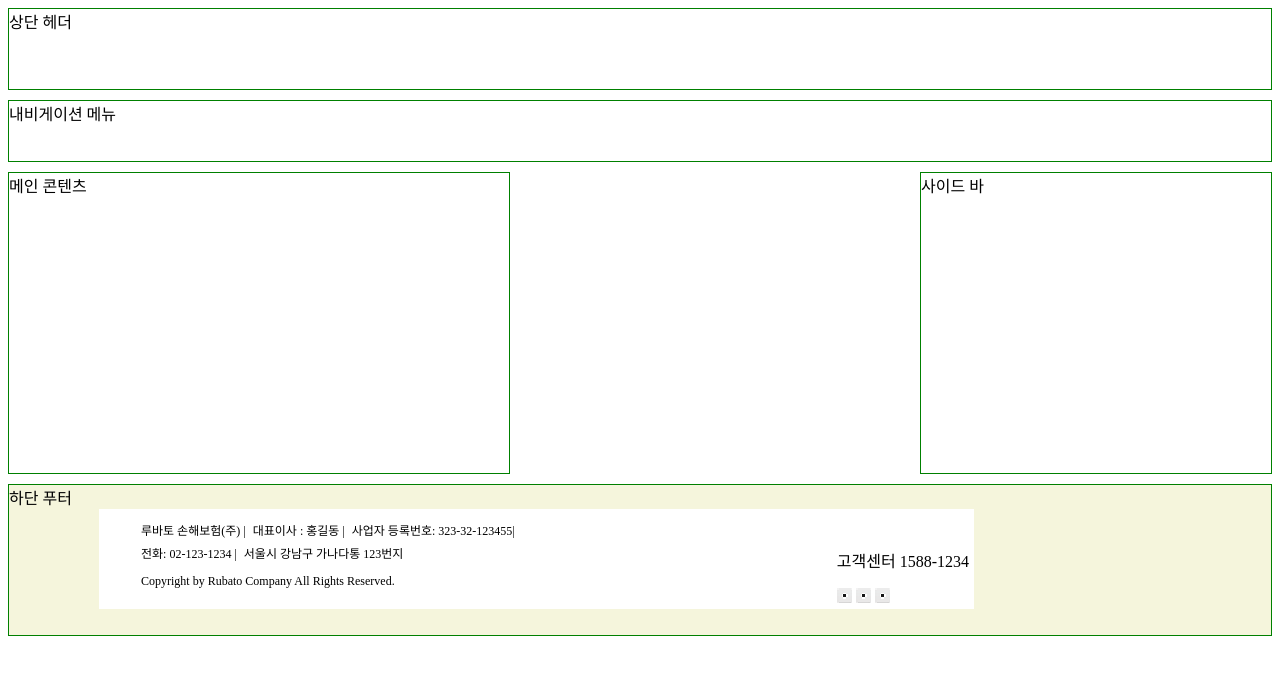
Repository: woosungtae/html_css
Page: pro01/public/a3.html
The author's editor kept a copy of each file at every save. The page is drawn from the files as they stood at one save, then again after the next save.
The browser window is 1280 px wide. The pictures show the whole page.

Above is the page before, as saved 2022-12-14 05:44:05.

### pro01/public/a3.html
<!DOCTYPE html>
<html lang="en">
<head>
<meta charset="UTF-8">
<title>3번시험</title>
<style>
    header {
    border : 1px solid green;
    height: 80px;
    margin-bottom: 10px;
        }
   #address {
    width: 600px;
    font-size: 12px;
      }
   #address ul {
    list-style-type :none;
    float: left;
    margin-bottom : 0;
        }
   #address li {
     display: inline;
     padding: 2px;
        }
    #customer {
     float: right;
     margin-top:-30px;
     margin-right: 5px;

        }
     nav {
      border : 1px solid green;
      height: 60px;
      margin-bottom: 10px;
        }
   .content {
      display: inline;
      height: 300px;
        }
    section {
      border: 1px solid green;
      height: 300px;
      width: 500px;
      float: left;
      margin-right: 20px;
      margin-bottom: 10px;
        }
    aside {
     border: 1px solid green;
     height: 300px;
     width: 350px;
     float: right;
        }
    footer {
     border: 1px solid green;
     height: 150px;
     clear: both;
     background-color: beige;
      }
    #contain{
    width: 875px;
    height: 100px;
    display: inline-block;
    background-color:white;
    margin-left: 90px;
        }
   #sec1{
    margin-top:5px;
        }



    </style>
</head>
<body>
    <header>
      <div>상단 헤더</div>
    </header>
    <nav>
       <div>내비게이션 메뉴</div>
    </nav>
    <div id="content">
        <section>
         <div>메인 콘텐츠</div>
        </section>
        <aside>
            <div>사이드 바</div>
        </aside>
    </div>
    <footer>
        <div>
           하단 푸터
        </div>
        <div id="contain">
            <div id="address">
                <ul>
                    <li> 루바토 손해보험(주) |   </li>
                    <li>대표이사 : 홍길동 |</li>
                    <li>사업자 등록번호: 323-32-123455|</li>
                </ul>
                <ul id="sec1">
                    <li>전화: 02-123-1234 |</li>
                    <li>서울시 강남구 가나다통 123번지</li>

                </ul>
                <ul>
                    <li>Copyright by Rubato Company All Rights Reserved.</li>
                </ul>

            </div>
            <div id="customer">
               <p>고객센터 1588-1234</p>
                <img src="images/dot.png">
                <img src="images/dot.png">
                <img src="images/dot.png">
            </div>
        </div>
    </footer>
</body>
</html>

After the next save:
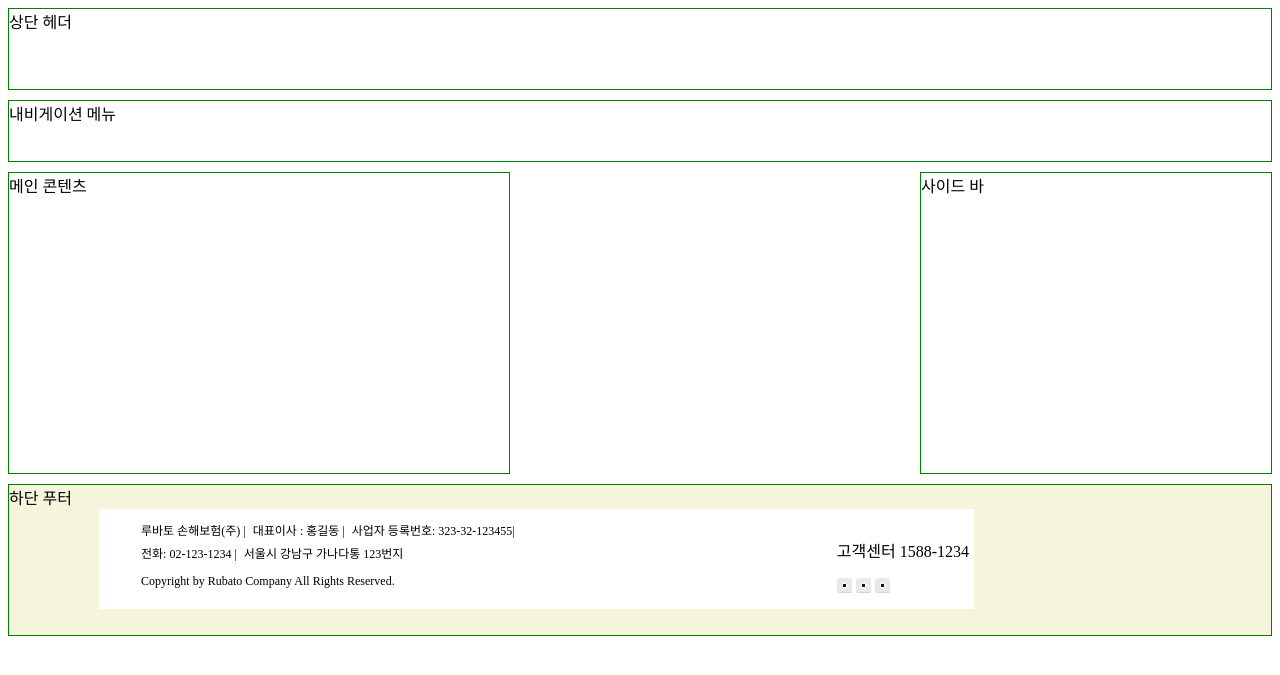
Saved 8 s later.
--- a/pro01/public/a3.html
+++ b/pro01/public/a3.html
@@ -24,7 +24,7 @@
         }
     #customer {
      float: right;
-     margin-top:-30px;
+     margin-top:-40px;
      margin-right: 5px;
 
         }
